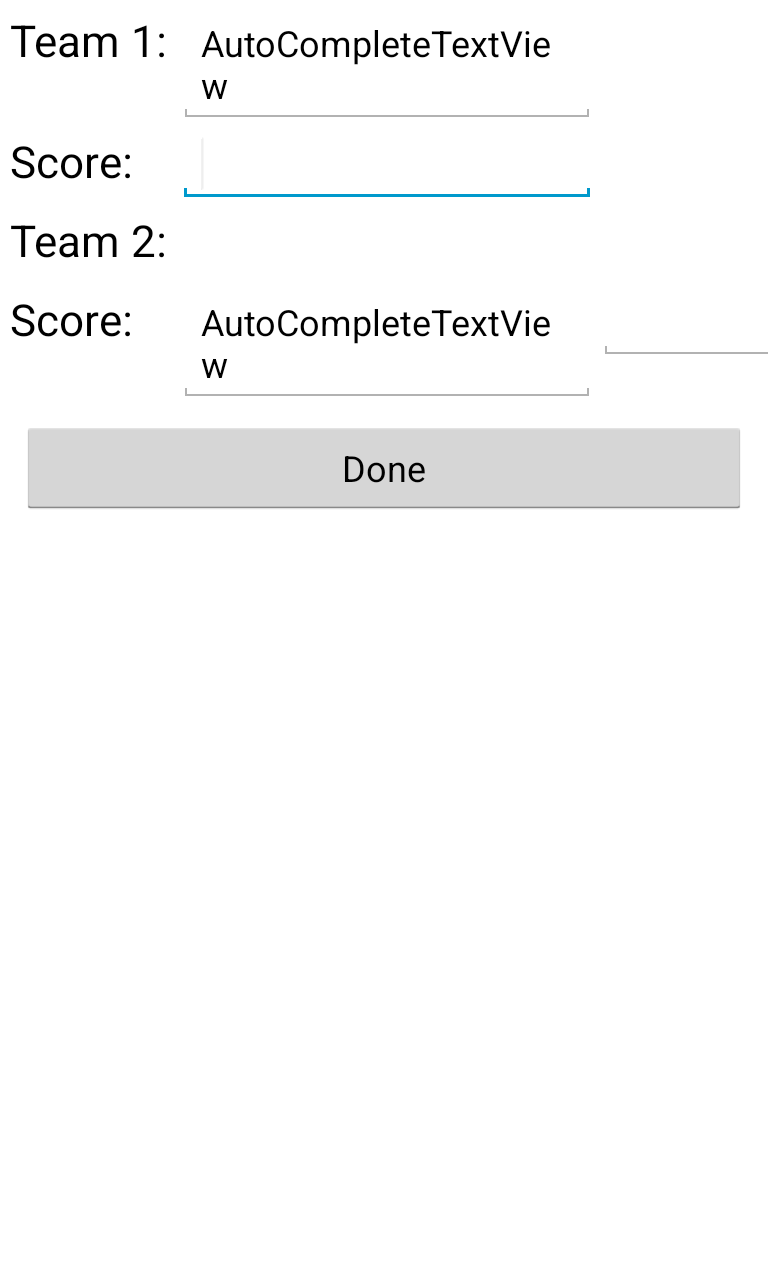
Repository: shervinshaikh/Android
Layout: NBAScoreTracker/res/layout/fragment_scores.xml
An editor plug-in stored every save of this project. The layout is shown before and after the next save, followed by the edit.
It is drawn on a 768 x 1280 px phone screen (xhdpi) without system bars, with theme AppTheme; the app's code is not run.

Above is the layout before, as saved 2013-04-29 03:44:04.

After the next save:
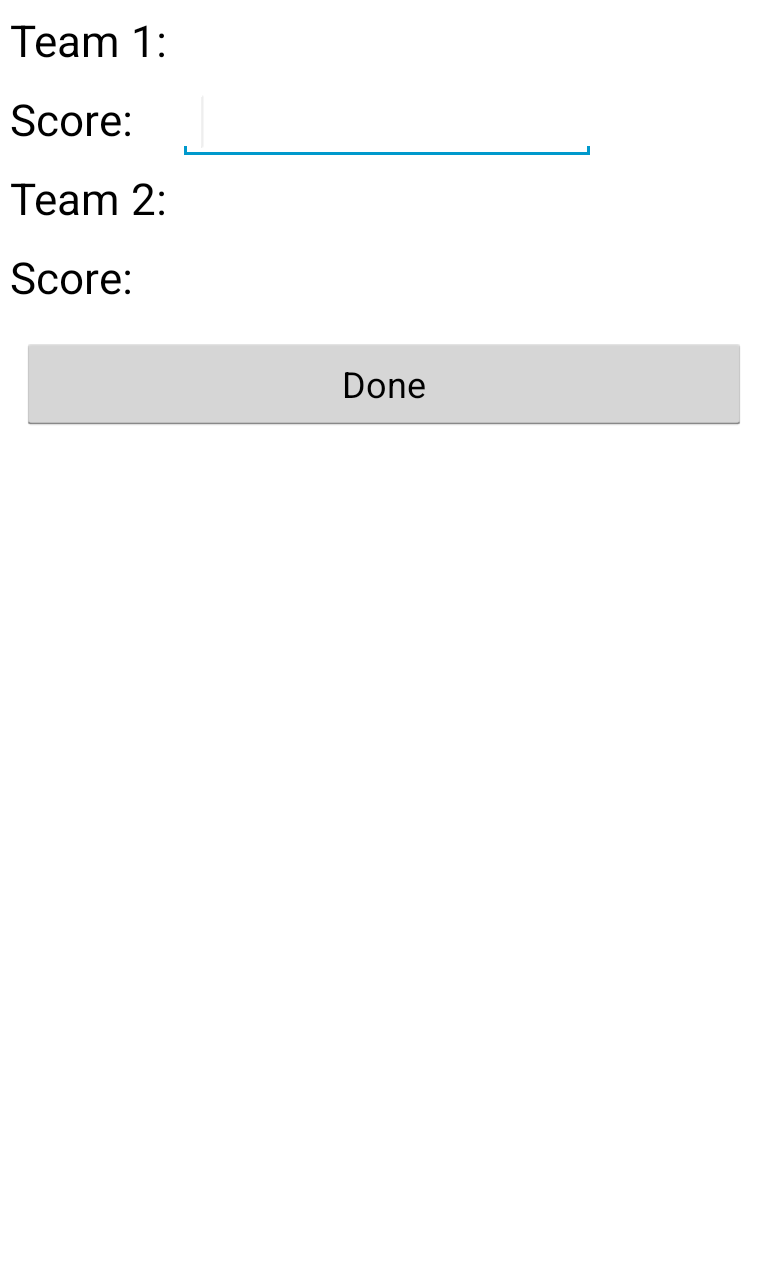
Saved 21 h 24 min later.
--- a/NBAScoreTracker/res/layout/fragment_scores.xml
+++ b/NBAScoreTracker/res/layout/fragment_scores.xml
@@ -14,14 +14,6 @@
             android:text="@string/team1f"
             android:textAppearance="?android:attr/textAppearanceLarge"
             android:padding="5dip"
-             />
-
-        <AutoCompleteTextView
-            android:id="@+id/autoCompleteTextView1"
-            android:layout_width="wrap_content"
-            android:layout_height="wrap_content"
-            android:ems="10"
-            android:text="AutoCompleteTextView"
              />
 
     </TableRow>
@@ -79,20 +71,6 @@
             android:textAppearance="?android:attr/textAppearanceLarge"
             android:padding="5dip" />
 
-        <AutoCompleteTextView
-            android:id="@+id/autoCompleteTextView2"
-            android:layout_width="wrap_content"
-            android:layout_height="wrap_content"
-            android:ems="10"
-            android:text="AutoCompleteTextView" />
-
-        <EditText
-            android:id="@+id/editText4"
-            android:layout_width="wrap_content"
-            android:layout_height="wrap_content"
-            android:ems="10"
-            android:inputType="number" />
-
     </TableRow>
 
     <Button
